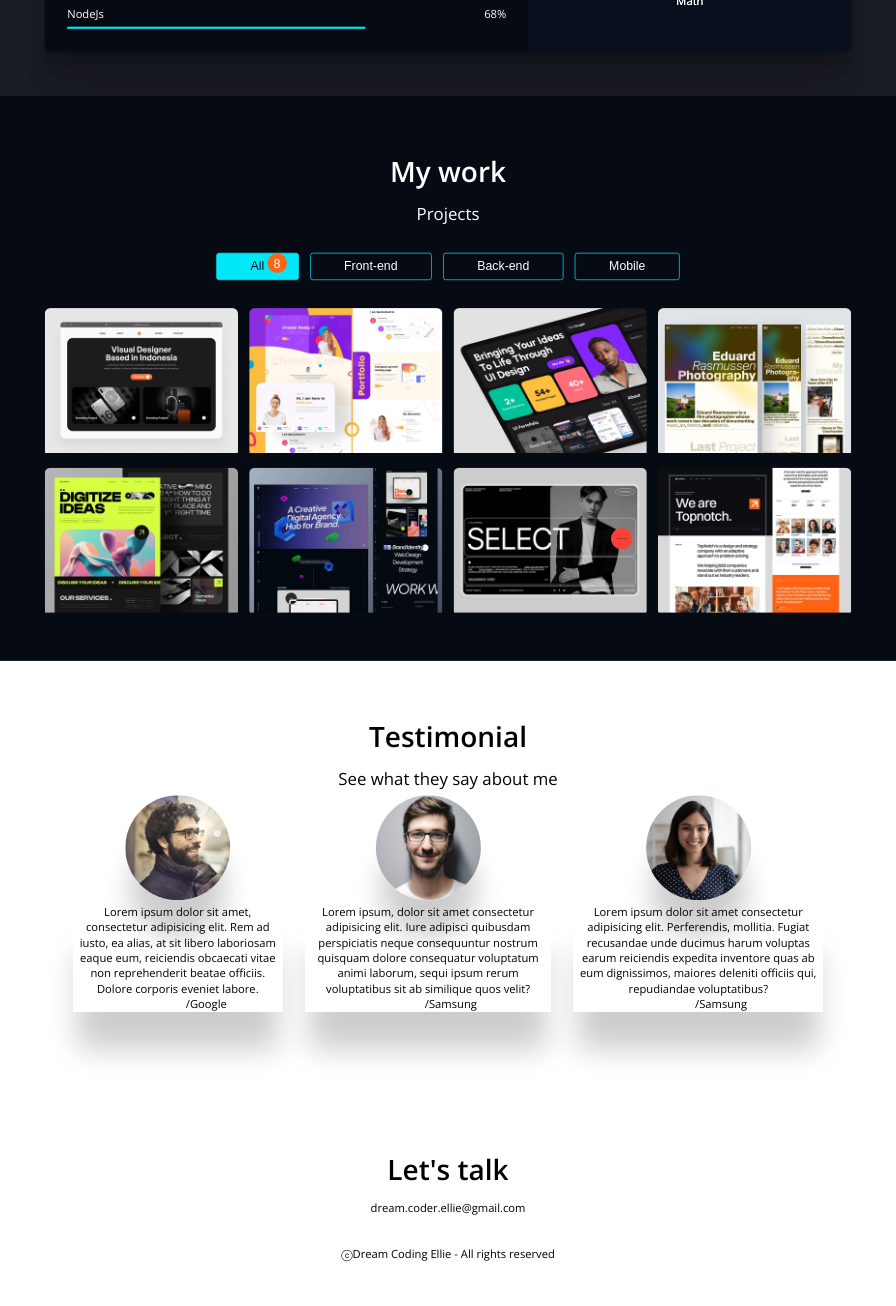
Repository: eggmoon/eggmoon_new
Page: index.html
An editor plug-in stored every save of this project. The page is shown before and after a run of saves, followed by the edit.
The browser window is 1280 px wide. The pictures show the part of the page from y = 2073 to 3993 px (the page is 3939 px tall before and 3993 px after), at 70% of full size.
Some web libraries are served in a nearby version.

Above is the page before, as saved 2025-02-26 15:00:22.

After the next 3 saves:
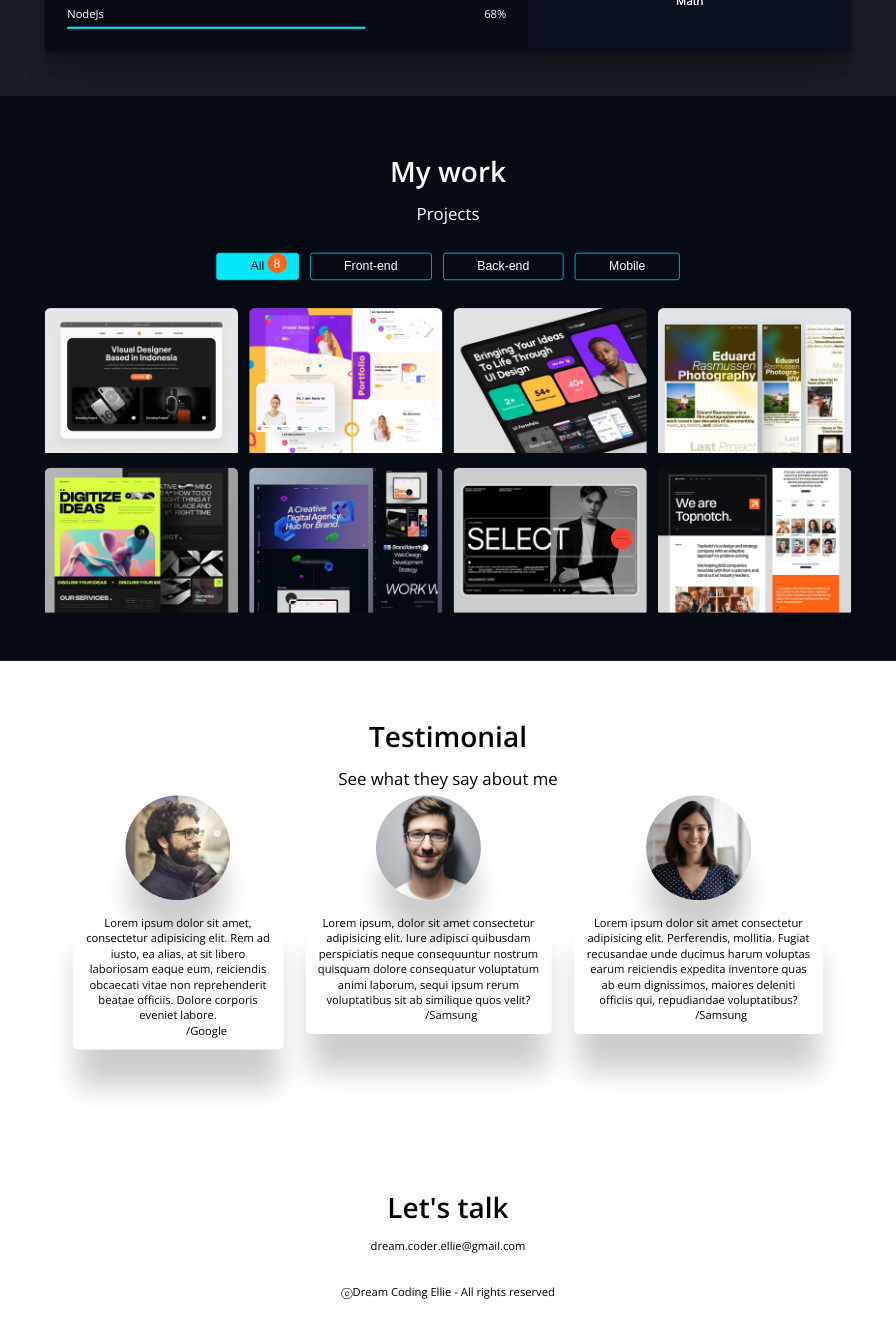
The 3 saves are shown as one change because they came seconds apart.
The last was saved 19 s later.
--- a/css/style.css
+++ b/css/style.css
@@ -377,6 +377,8 @@
  box-shadow: rgba(0, 0, 0, 0.2) 0px 60px 40px -7px;
  }
  .testimonial__bubble{
+  padding: 1rem;
+  border-radius: 8px;
   box-shadow: rgba(0, 0, 0, 0.2) 0px 60px 40px -7px;
  }
 
